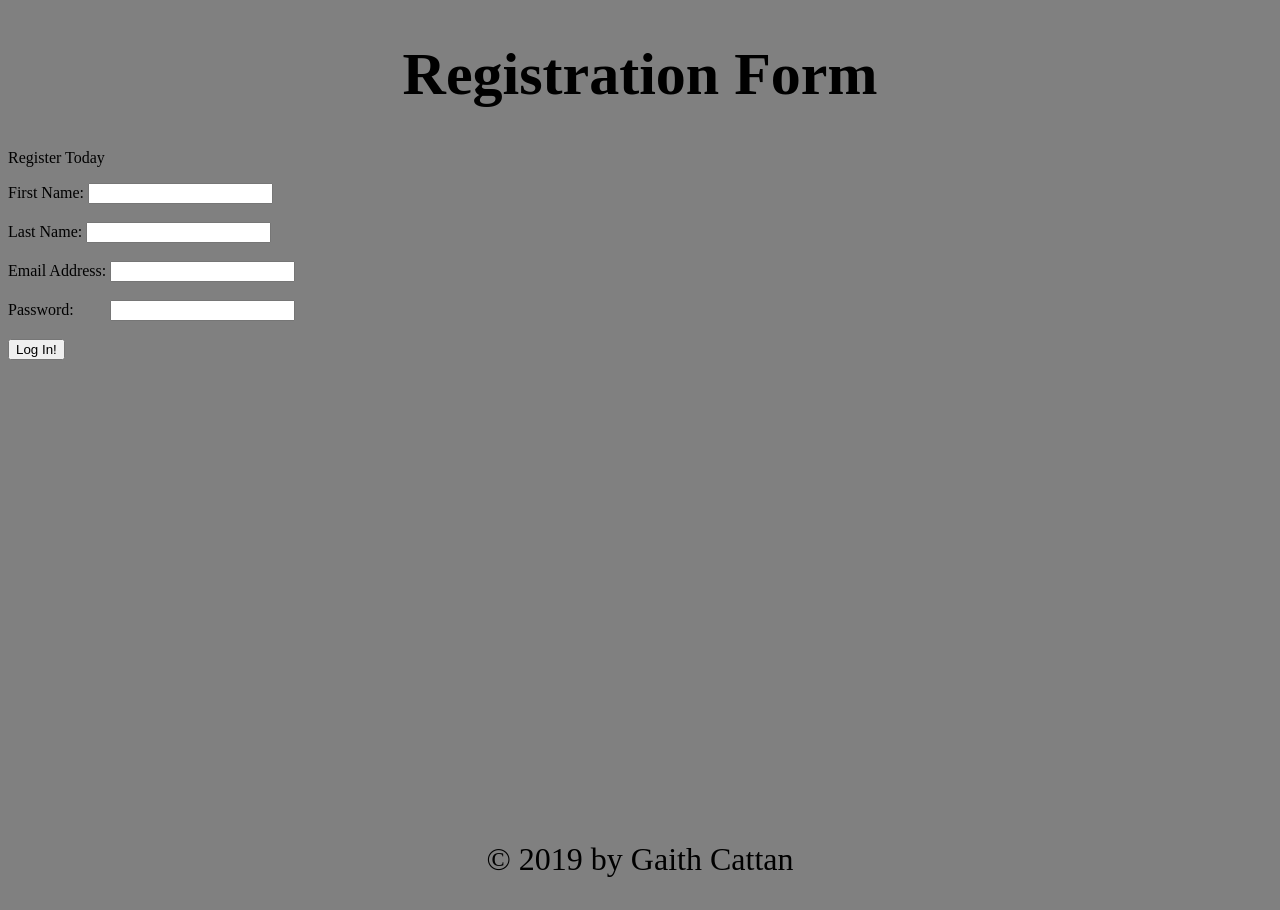
Repository: GaithCattan/COSW30
Page: labwork/lab2/registration.html
The author's editor kept a record of every edit. The page is drawn from the files as they stood at one moment, then again after the next edit.
The browser window is 1280 px wide. The pictures show the whole page.

Above is the page before.

### labwork/lab2/registration.html

<!doctype html>
<html>
    <head>
         <meta charset="utf-8">
         <title>Registration Form</title>
        <style>
          body {background-color: grey;}
          h1 {text-align: center; font-size: 60px; margin-top: 40px;}
          footer {font-size: 2em; color: black; text-align: center; margin-top: 38%;}
        </style>

    </head>
    <body>

        <h1>Registration Form</h1>
        <p>Register Today</p>

         <form action="process_registration.php" method="POST">
             <lable for="first_name">First Name:</lable>
             <input type="text" id="first_name" name="first_name" required>
             <br><br>
             <lable for="last_name">Last Name:</lable>
             <input type="text" id="last_name" name="last_name" required>
             <br><br>
             <lable for="email">Email Address:</lable>
             <input type="text" id="email" name="email" required>
             <br><br>
             <lable for="password">Password: &nbsp&nbsp&nbsp&nbsp&nbsp&nbsp&nbsp</lable>
             <input type="text" id="password" name="password" required>
             <br><br>
             <button>Log In!</button>



         </form>

    </body>

    <footer>
        <p>&copy; 2019 by Gaith Cattan</p>
    </footer>

</html>

After the next edit:
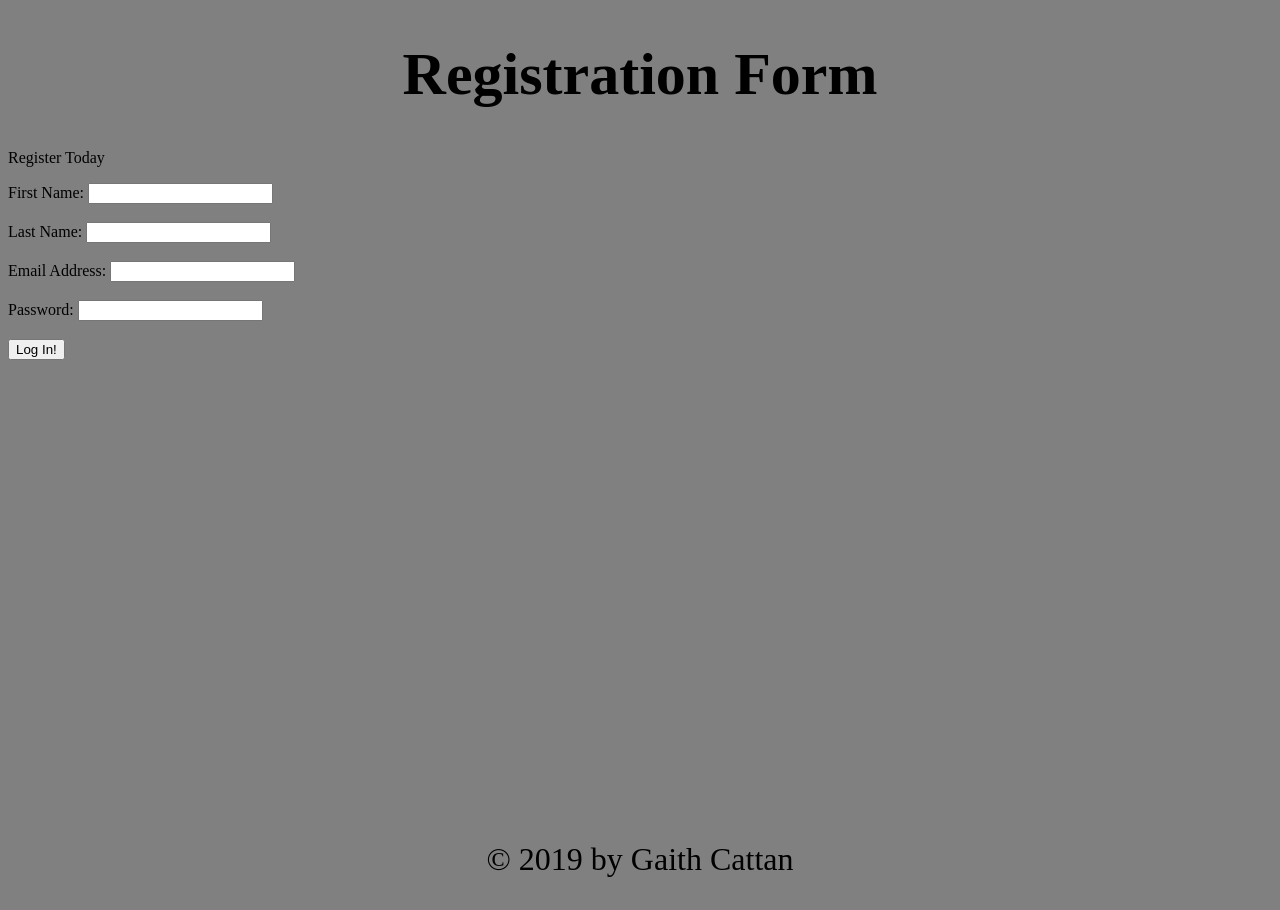
The edit:
--- a/labwork/lab2/registration.html
+++ b/labwork/lab2/registration.html
@@ -26,7 +26,7 @@
              <lable for="email">Email Address:</lable>
              <input type="text" id="email" name="email" required>
              <br><br>
-             <lable for="password">Password: &nbsp&nbsp&nbsp&nbsp&nbsp&nbsp&nbsp</lable>
+             <lable for="password">Password: </lable>
              <input type="text" id="password" name="password" required>
              <br><br>
              <button>Log In!</button>
